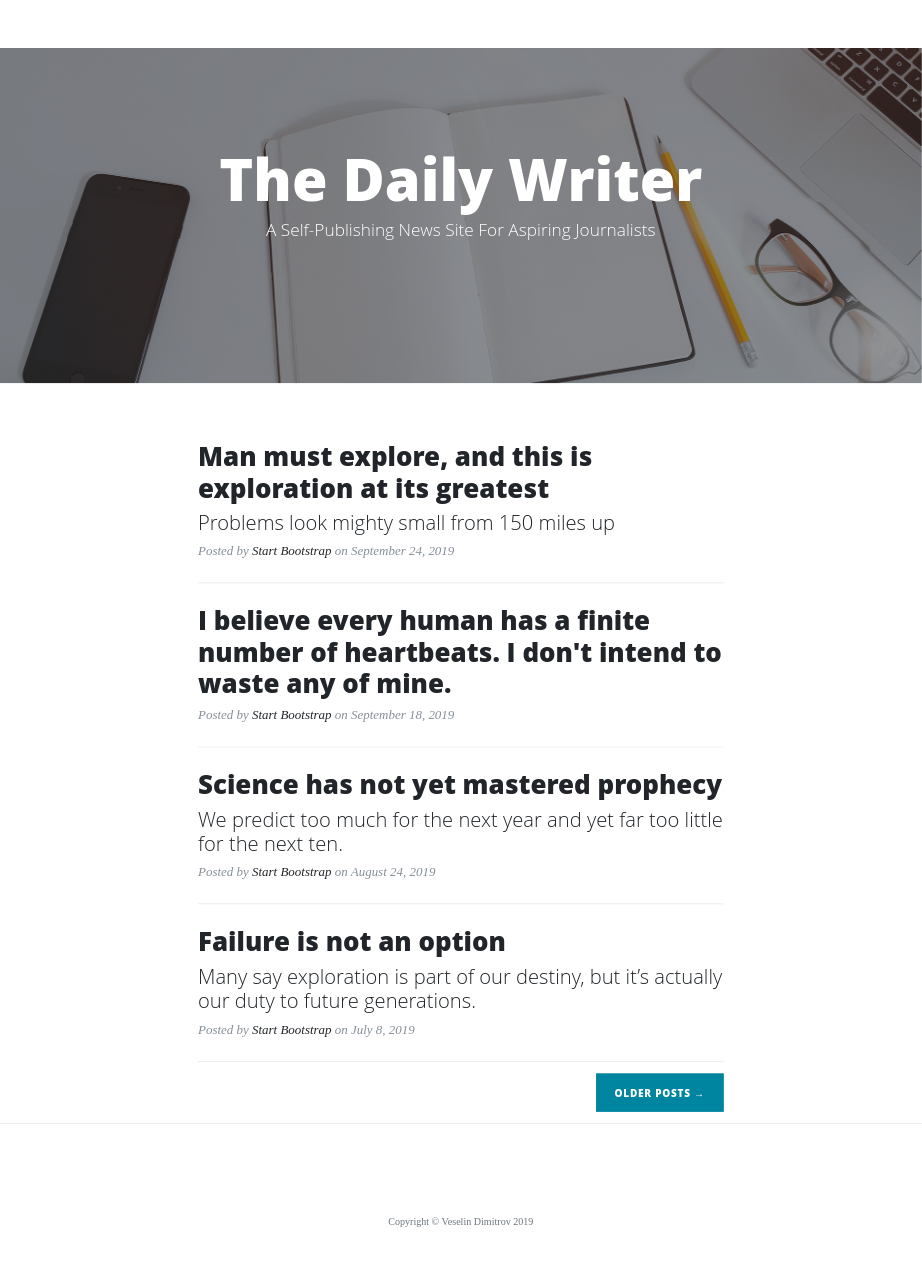
Repository: Vesss/Blog-Project
Page: http://localhost/
The author's editor kept a record of every edit. The page is drawn from the files as they stood at one moment, then again after the next edit.
The browser window is 1280 px wide. The pictures show the whole page, at 72% of full size.
The page is served by the project's application, run on Flask 3 (app.py). Other server files are loaded and not shown.

Above is the page before.

### templates/index.html
{% extends 'base.html' %}
{% block content %}
    <div class="row">
      <div class="col-lg-8 col-md-10 mx-auto">
        <div class="post-preview">
          <a href="post.html">
            <h2 class="post-title">
              Man must explore, and this is exploration at its greatest
            </h2>
            <h3 class="post-subtitle">
              Problems look mighty small from 150 miles up
            </h3>
          </a>
          <p class="post-meta">Posted by
            <a href="#">Start Bootstrap</a>
            on September 24, 2019</p>
        </div>
        <hr>
        <div class="post-preview">
          <a href="post.html">
            <h2 class="post-title">
              I believe every human has a finite number of heartbeats. I don't intend to waste any of mine.
            </h2>
          </a>
          <p class="post-meta">Posted by
            <a href="#">Start Bootstrap</a>
            on September 18, 2019</p>
        </div>
        <hr>
        <div class="post-preview">
          <a href="post.html">
            <h2 class="post-title">
              Science has not yet mastered prophecy
            </h2>
            <h3 class="post-subtitle">
              We predict too much for the next year and yet far too little for the next ten.
            </h3>
          </a>
          <p class="post-meta">Posted by
            <a href="#">Start Bootstrap</a>
            on August 24, 2019</p>
        </div>
        <hr>
        <div class="post-preview">
          <a href="post.html">
            <h2 class="post-title">
              Failure is not an option
            </h2>
            <h3 class="post-subtitle">
              Many say exploration is part of our destiny, but it’s actually our duty to future generations.
            </h3>
          </a>
          <p class="post-meta">Posted by
            <a href="#">Start Bootstrap</a>
            on July 8, 2019</p>
        </div>
        <hr>
        <!-- Pager -->
        <div class="clearfix">
          <a class="btn btn-primary float-right" href="#">Older Posts &rarr;</a>
        </div>
      </div>
    </div>
{% endblock %}

### templates/base.html
<!DOCTYPE html>
<html lang="en">
<head>
    <meta charset="UTF-8">
    <meta name="viewport" content="width=device-width, initial-scale=1.0">
    <meta http-equiv="X-UA-Compatible" content="ie=edge">
    <link rel="stylesheet" href="{{ url_for('static', filename='vendor/bootstrap/css/bootstrap.min.css') }}" type="text/css" />
    <link rel="stylesheet" href="{{ url_for('static', filename='css/clean-blog.min.css') }}" type="text/css" />
    <title>The Daily Writer</title>
</head>
<body>
    <nav class="navbar navbar-expand-lg navbar-light fixed-top" id="mainNav">
    <div class="container">
      <a class="navbar-brand" href="{{ url_for('index') }}">The Daily Writer</a>
      <button class="navbar-toggler navbar-toggler-right" type="button" data-toggle="collapse" data-target="#navbarResponsive" aria-controls="navbarResponsive" aria-expanded="false" aria-label="Toggle navigation">
        Menu
        <i class="fas fa-bars"></i>
      </button>
      <div class="collapse navbar-collapse" id="navbarResponsive">
        <ul class="navbar-nav ml-auto">
          <li class="nav-item">
            <a class="nav-link" href="{{ url_for('index') }}">Home</a>
          </li>
          <li class="nav-item">
            <a class="nav-link" href="{{ url_for('about') }}">About</a>
          </li>
          <li class="nav-item">
            <a class="nav-link" href="{{ url_for('post') }}">Post</a>
          </li>
          <li class="nav-item">
            <a class="nav-link" href="{{ url_for('contact') }}">Contact Us</a>
          </li>
          <li class="nav-item">
            <a class="nav-link" href="{{ url_for('articles') }}">Articles</a>
          </li>
        </ul>
      </div>
    </div>
  </nav>

  <!-- Page Header -->
  <header class="masthead" style="background-image: url('{{ url_for('static', filename='img/home-bg.jpg') }}')">
    <div class="overlay"></div>
    <div class="container">
      <div class="row">
        <div class="col-lg-8 col-md-10 mx-auto">
          <div class="site-heading">
            <h1>The Daily Writer</h1>
            <span class="subheading">A Self-Publishing News Site For Aspiring Journalists</span>
          </div>
        </div>
      </div>
    </div>
  </header>

  <!-- Main Content -->
  <div class="container">

    {% block content %}
    {% endblock %}

  </div>

  <hr>

  <!-- Footer -->
  <footer>
    <div class="container">
      <div class="row">
        <div class="col-lg-8 col-md-10 mx-auto">
          <ul class="list-inline text-center">
            <li class="list-inline-item">
              <a href="#">
                <span class="fa-stack fa-lg">
                  <i class="fas fa-circle fa-stack-2x"></i>
                  <i class="fab fa-twitter fa-stack-1x fa-inverse"></i>
                </span>
              </a>
            </li>
            <li class="list-inline-item">
              <a href="#">
                <span class="fa-stack fa-lg">
                  <i class="fas fa-circle fa-stack-2x"></i>
                  <i class="fab fa-facebook-f fa-stack-1x fa-inverse"></i>
                </span>
              </a>
            </li>
            <li class="list-inline-item">
              <a href="#">
                <span class="fa-stack fa-lg">
                  <i class="fas fa-circle fa-stack-2x"></i>
                  <i class="fab fa-github fa-stack-1x fa-inverse"></i>
                </span>
              </a>
            </li>
          </ul>
          <p class="copyright text-muted">Copyright &copy; Veselin Dimitrov 2019</p>
        </div>
      </div>
    </div>
  </footer>

  <!-- Bootstrap core JavaScript -->
  <script src="{{ url_for('static', filename='vendor/jquery/jquery.min.js') }}"></script>
  <script src="{{ url_for('static', filename='vendor/bootstrap/js/bootstrap.bundle.min.js') }}"></script>

  <!-- Custom scripts for this template -->
  <script src="{{ url_for('static', filename='js/clean-blog.min.js') }}"></script>

</body>
</html>

### app.py
import os
from flask import Flask, render_template, redirect, request, url_for
from flask_pymongo import PyMongo
from bson.objectid import ObjectId
from flask_mail import Mail
from flask_mail import Message


app = Flask(__name__)

app.config["MONGO_DBNAME"] = "blog_project"
app.config["MONGO_URI"] = "mongodb+srv://root:maniac93@myfirstcluster-ilypv.mongodb.net/blog_project?retryWrites=true&w=majority"
app.config["DEBUG"] = True
app.config["TESTING"] = False
app.config["MAIL_SERVER"] = "smtp.gmail.com"
app.config["MAIL_PORT"] = 587
app.config["MAIL_USE_TLS"] = True
app.config["MAIL_USE_SSL"] = False
# app.config["MAIL_DEBUG"] = True
app.config["MAIL_USERNAME"] = None
app.config["MAIL_PASSWORD"] = None
app.config["MAIL_DEFAULT_SENDER"] = "blitzermann4@gmail.com"
app.config["MAIL_MAX_EMAILS"] = 5
app.config["MAIL_SUPPRESS_SEND"] = False
app.config["MAIL_ASCII_ATTACHMENTS"] = False

mail = Mail(app)

mongo = PyMongo(app)

@app.route("/")
def index():
    return render_template("index.html")

@app.route("/about")
def about():
    return render_template("about.html", about=mongo.db.about_information.find())

@app.route("/contact")
def contact():
    return render_template("contact.html")

@app.route("/post", methods=["GET", "POST"])
def post():
	if request.method == 'POST':
		#get all the data sent up
		data = request.form.to_dict()
		#print it out to see it got sent properly
		print(data)
		# will look at adding to database next if data is sent up ok

		# dict to store new entry to database
		# will need to use keys you have in collection .. i named them title category etc
		new_item = {
			'title': request.form.get('title'),
			'author': request.form.get('author'),
			'url': request.form.get('url'),
			'content': request.form.get('content')
		}
		print(new_item)
		# need to get the category so can create the database string below
		category=request.form.get('category')
		print("category", category)
		# this should insert into the right collection eg sport health
		# if not will have to use if statements or switch
		mongo.db[category].insert_one(new_item)

		return redirect('articles')
	else:
		return render_template('post.html')

# @app.route("/add_article")
# def add_article():

@app.route("/articles")
def articles():
    return render_template("articles.html")

@app.route("/sports_page")
def sports_page():
	return render_template("sports_page.html", posts = mongo.db.sports.find())

@app.route("/general_news_page")
def general_news_page():
	return render_template("general_news.html")

@app.route("/technology_page")
def technology_page():
	return render_template("technology_page.html")

@app.route("/fashion_page")
def fashion_page():
	return render_template("fashion_page.html")

@app.route("/health_page")
def health_page():
	return render_template("health_page.html")

@app.route("/send", methods=["GET", "POST"])
def send():
    msg = Message("Hi there", recipients=["ves.dimitrov121@gmail.com"])
    mail.send(msg)
    if request.method == "POST":
        return 'Form posted.'
    elif request.method == "GET":
        return render_template('contact.html')


if __name__ == "__main__":
    app.run(host=os.environ.get("IP"),
            port=int(os.environ.get("PORT")),
            debug=True)

Loaded but not shown: static/css/clean-blog.min.css (library); static/js/clean-blog.min.js (common file)

After the next edit:
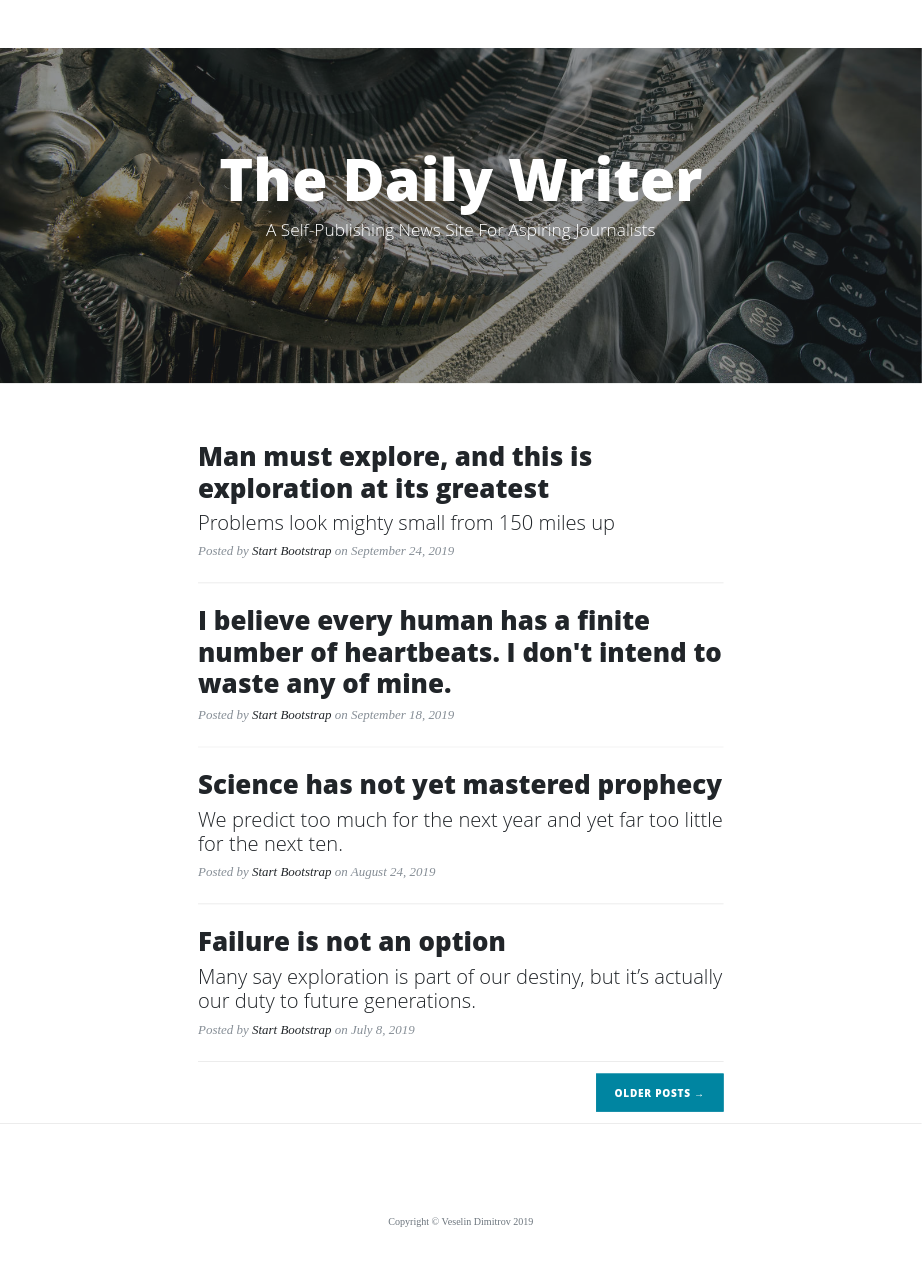
The edit:
--- a/templates/base.html
+++ b/templates/base.html
@@ -39,7 +39,7 @@
   </nav>
 
   <!-- Page Header -->
-  <header class="masthead" style="background-image: url('{{ url_for('static', filename='img/home-bg.jpg') }}')">
+  <header class="masthead" style="background-image: url('{{ url_for('static', filename='img/the_engine_of_history.jpg') }}')">
     <div class="overlay"></div>
     <div class="container">
       <div class="row">
